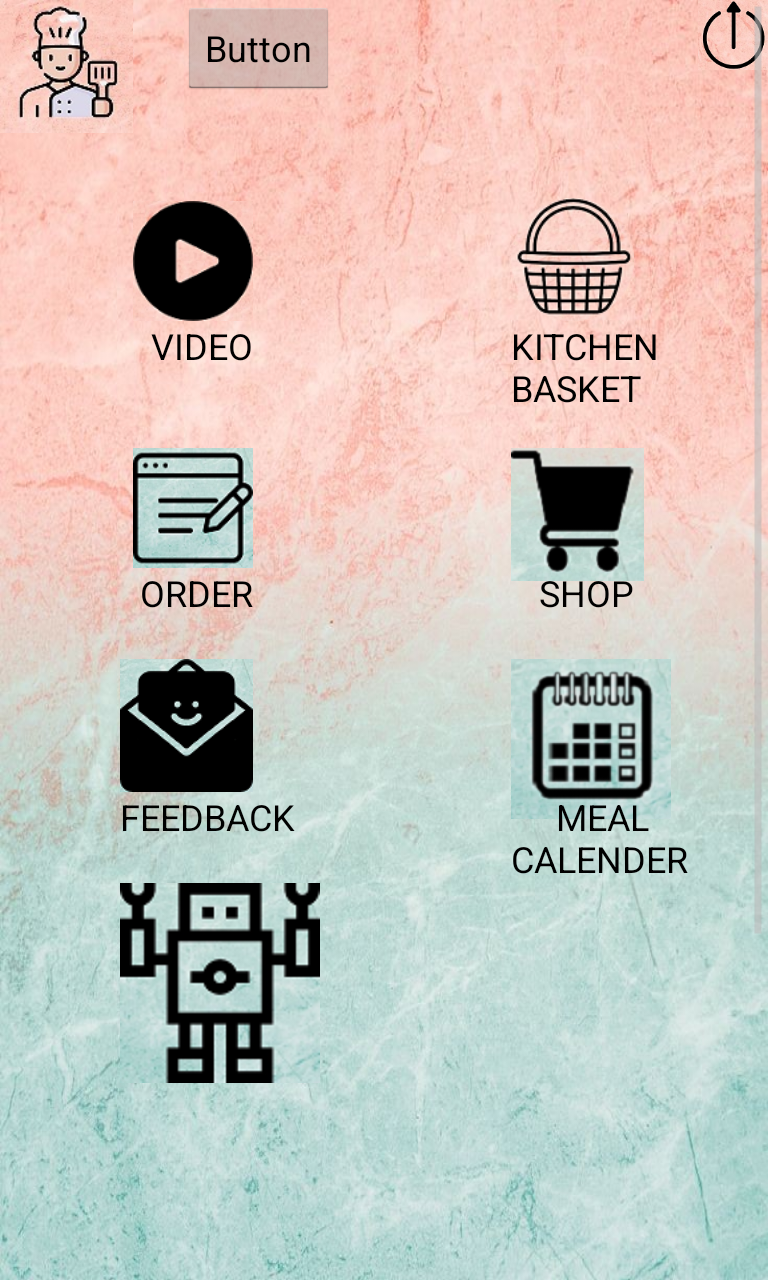
Repository: Narjasfathima/SmartKitchen
Layout: Frontend/SmartKitchen/res/layout/activity_home.xml
These files come from the project's save history. The layout is drawn as it stood at one moment and after the next save; the edit follows.
It is drawn on a 768 x 1280 px phone screen (xhdpi) without system bars, with theme AppTheme; the app's code is not run.

Above is the layout before, as saved 2021-01-23 18:13:47.

After the next save:
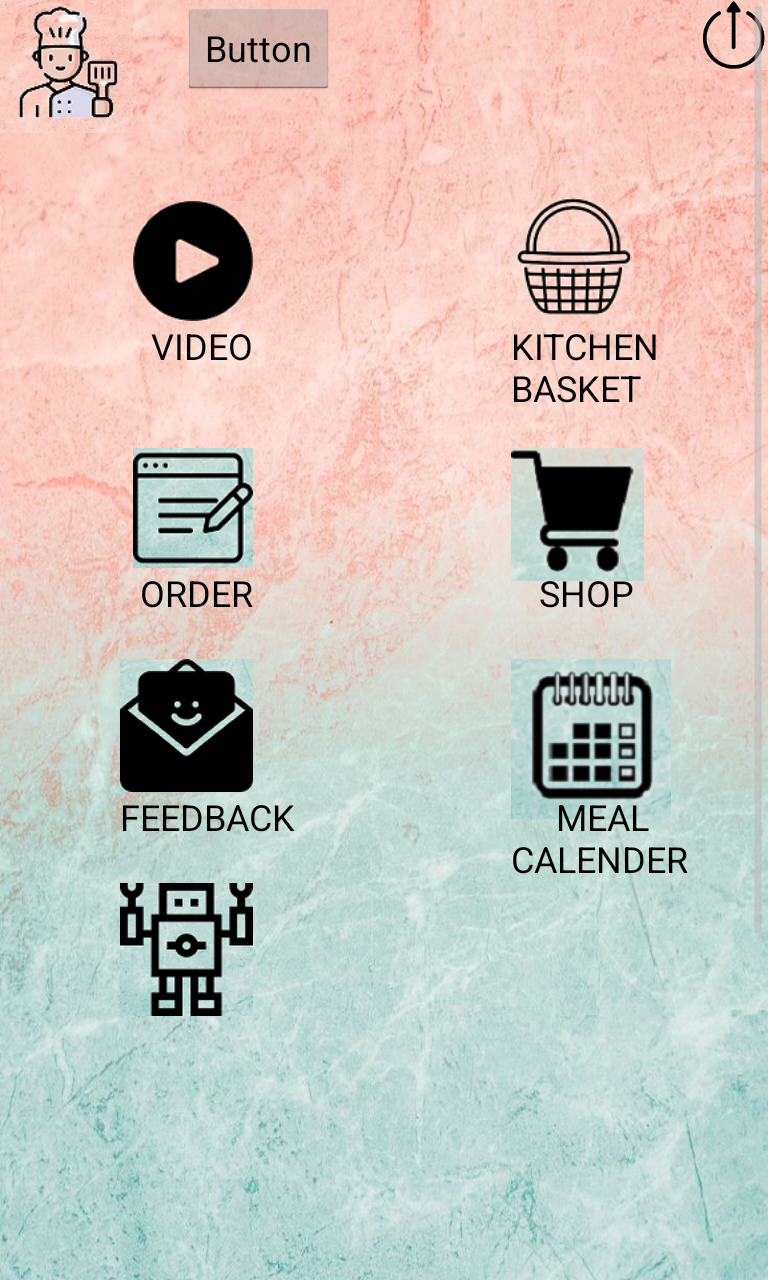
Saved 47 s later.
--- a/Frontend/SmartKitchen/res/layout/activity_home.xml
+++ b/Frontend/SmartKitchen/res/layout/activity_home.xml
@@ -148,8 +148,8 @@
 
     <ImageButton
         android:id="@+id/imageButton9"
-        android:layout_width="100dp"
-        android:layout_height="100dp"
+        android:layout_width="wrap_content"
+        android:layout_height="wrap_content"
         android:layout_alignLeft="@+id/textView6"
         android:layout_below="@+id/textView5"
         android:background="@drawable/tech" />
